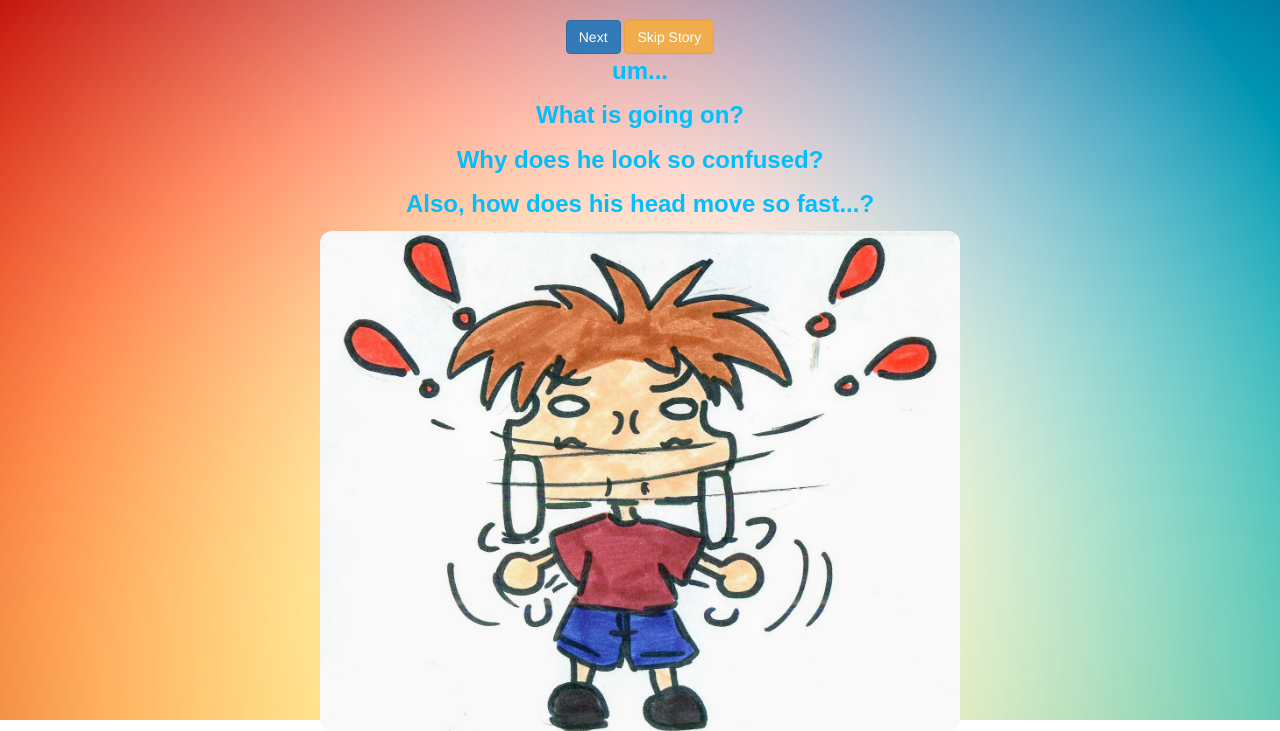
Repository: Acliu1498/RPGyping
Page: http://localhost/php/Story3.php
The author's editor kept a record of every edit. The page is drawn from the files as they stood at one moment, then again after the next edit.
The browser window is 1280 px wide. The pictures show the whole page.
The page is run by PHP 8.4 with error messages shown; the project is at /var/www/html/. The session is filled in as if someone had signed in: {"username": "testuser", "userID": 1, "accessCode": 1, "userType": "teacher"}. Other server files are loaded and not shown.

Above is the page before.

### php/Story3.php
<?php include('../php/storyTimeMaster.php');?>
<?php session_start();?>
<link rel="stylesheet" type="text/css" href="../css/intro.css">
<html>
    <head>
        <br/>
    </head>
    <body>
        <div class="container">
            <div class="row">
                <div class="col-12 text-center">
                    <a class="btn btn-primary" href="../php/Story4.php" role="button">Next</a>
                    <a class="btn btn-warning" href="../php/Sentences.php" role="button">Skip Story</a>
                </div>
            </div>
        </div>
        <div class="story">
            <p> um...</p>
            <p> What is going on?</p>
            <p> Why does he look so confused?</p>
            <p> Also, how does his head move so fast...?</p>
            <img src= "../images/what happened.jpg" name = "words" alt= "word" width="100" height="500">
        </div>
    </body>
</html>

### php/storyTimeMaster.php
<link rel="stylesheet" type="text/css" href="../css/intro.css">

<html lang="en">
<head>
  <meta charset="utf-8">
  <meta name="viewport" content="width=device-width, initial-scale=1">
  <link rel="stylesheet" href="https://maxcdn.bootstrapcdn.com/bootstrap/3.3.7/css/bootstrap.min.css">
  <script src="https://ajax.googleapis.com/ajax/libs/jquery/3.3.1/jquery.min.js"></script>
  <script src="https://maxcdn.bootstrapcdn.com/bootstrap/3.3.7/js/bootstrap.min.js"></script>
</head>
    <body>
    <audio controls autoplay loop="loop" hidden="true">

    <!-- this is where the audio is being controlled -->
      <!--<source src="../Music/Fantasy_Game_Background.mp3" type="audio/mpeg">-->
    </audio>
    </body>
</html>

### css/intro.css
body{
background: url('../images/maxresdefault.jpg');
background-repeat:no-repeat;
background-size:100%;
}
/*a:link, a:visited {*/
/*    background-color: teal;*/
/*    color: white;*/
/*    padding: 14px 25px;*/
/*    text-align: center; */
/*    text-decoration: none;*/
/*    display: inline-block;*/
/*    font-size: 30px;*/
/*    border-radius: 50%;*/
/*}*/

a:hover, a:active {
    background-color: #B0E0E6;
     box-shadow: 0 12px 14px 0 rgba(0,0,0,0.24), 0 17px 50px 0 rgba(0,0,0,0.19);
}

img {
    display: block;
    margin-left: auto;
    margin-right: auto;
    border-radius: 12px;
    border-style: solid;
    width: 50%;
}

p {
    font-size: x-large;
    text-align: center;
    font-family: "Comic Sans MS", cursive, sans-serif;
    font-weight: bold;
    color:#00BFFF;
}

After the next edit:
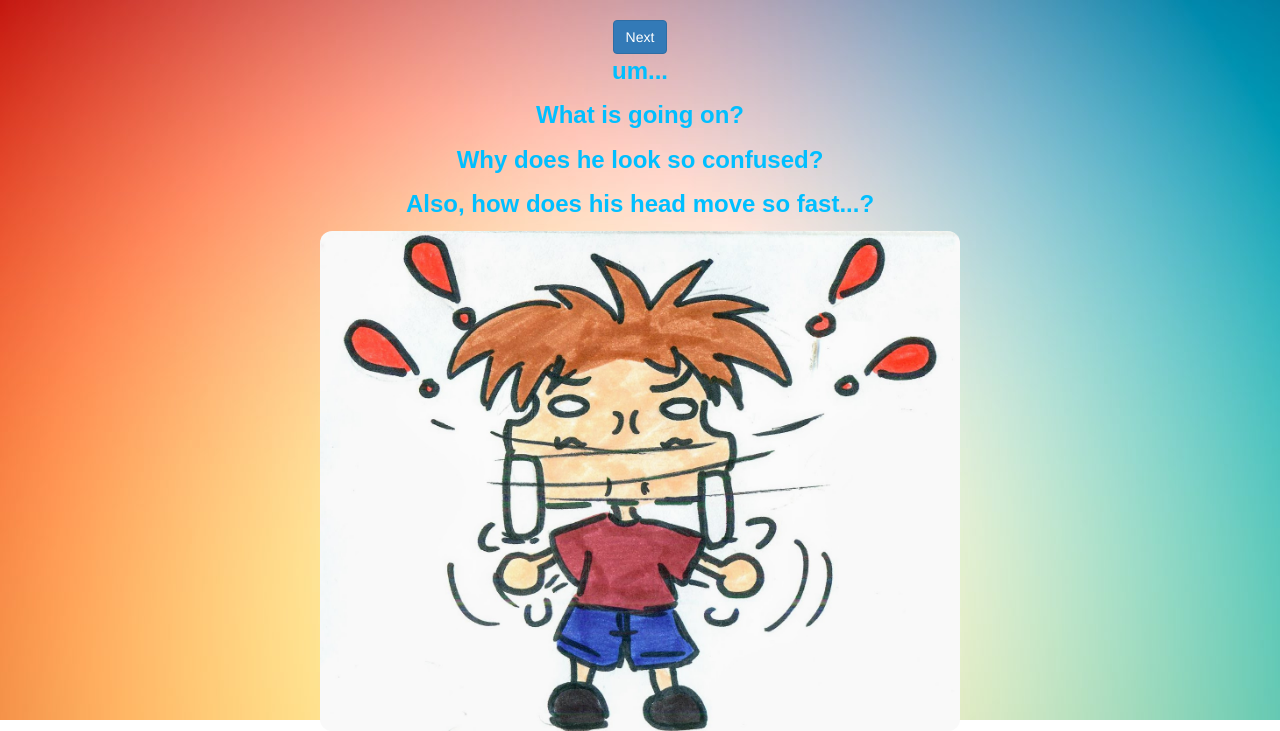
The edit:
--- a/php/Story3.php
+++ b/php/Story3.php
@@ -10,7 +10,11 @@
             <div class="row">
                 <div class="col-12 text-center">
                     <a class="btn btn-primary" href="../php/Story4.php" role="button">Next</a>
+                     <?php
+                        if ($_SESSION["userType"] == "student" || $_SESSION["userType"] == "general") {
+                     ?>
                     <a class="btn btn-warning" href="../php/Sentences.php" role="button">Skip Story</a>
+                    <?php }?>
                 </div>
             </div>
         </div>
